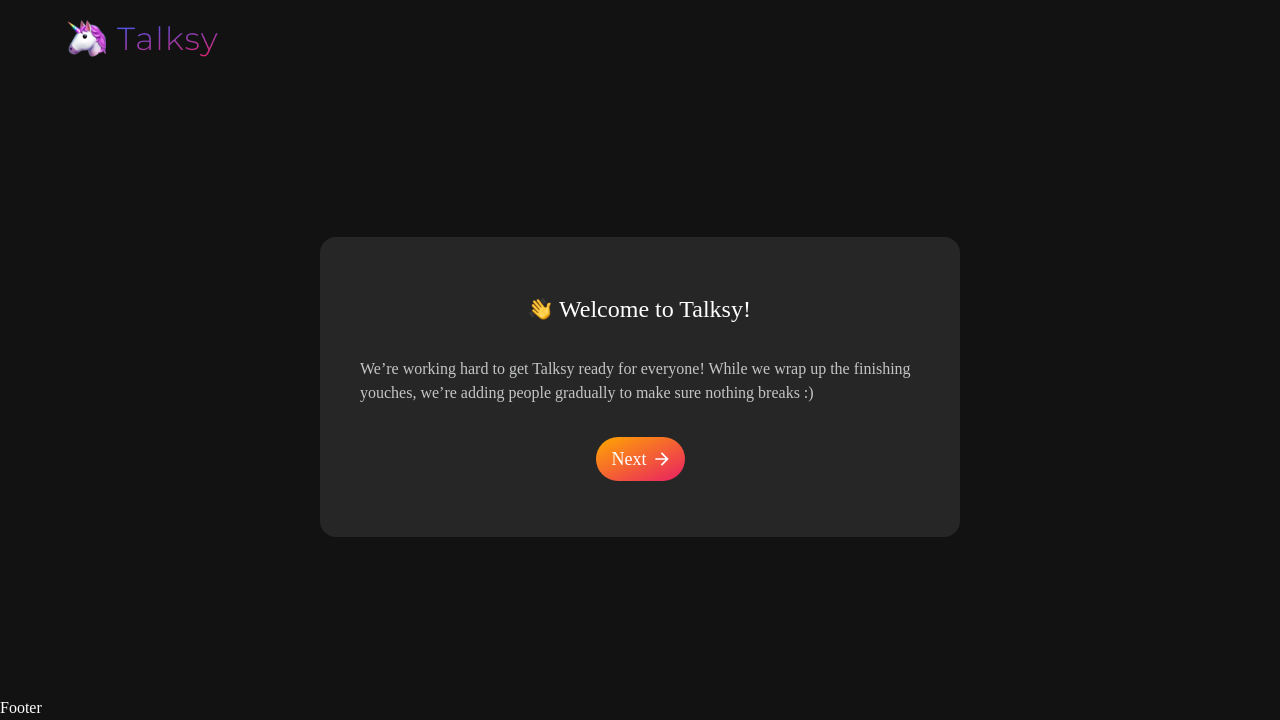
Repository: Krishna-bansall/Talksy
Page: / (app in Frontend/)
An editor plug-in stored every save of this project. The page is shown before and after the next save, followed by the edit.
The browser window is 1280 px wide. The pictures show the whole page.
The project was rebuilt for these pictures with package versions that can differ from the ones it lists, and the page was loaded fresh each time. The framework's server and built-in components were replaced by stand-ins that run in the browser. Also part of the build but not shown: Frontend/next.config.js.

Above is the page before, as saved 2022-05-19 15:45:58.

After the next save:
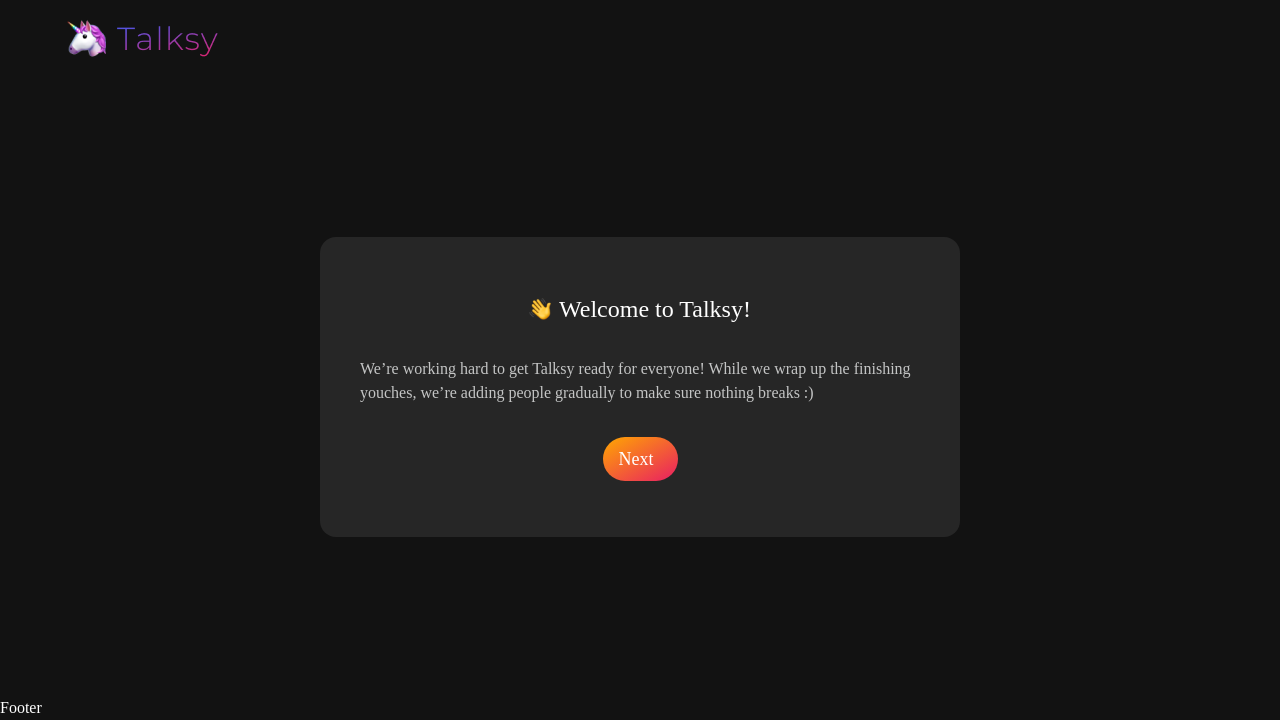
Saved 6 s later.
--- a/Frontend/pages/index.tsx
+++ b/Frontend/pages/index.tsx
@@ -20,7 +20,7 @@
         </p>
       </div>
       <div className="my-4 flex justify-center ">
-        <IconButton buttonText="Next" icon={arrow} route="/" />
+        <IconButton buttonText="Next" route="/" />
       </div>
     </Card>
   )

After the save that followed:
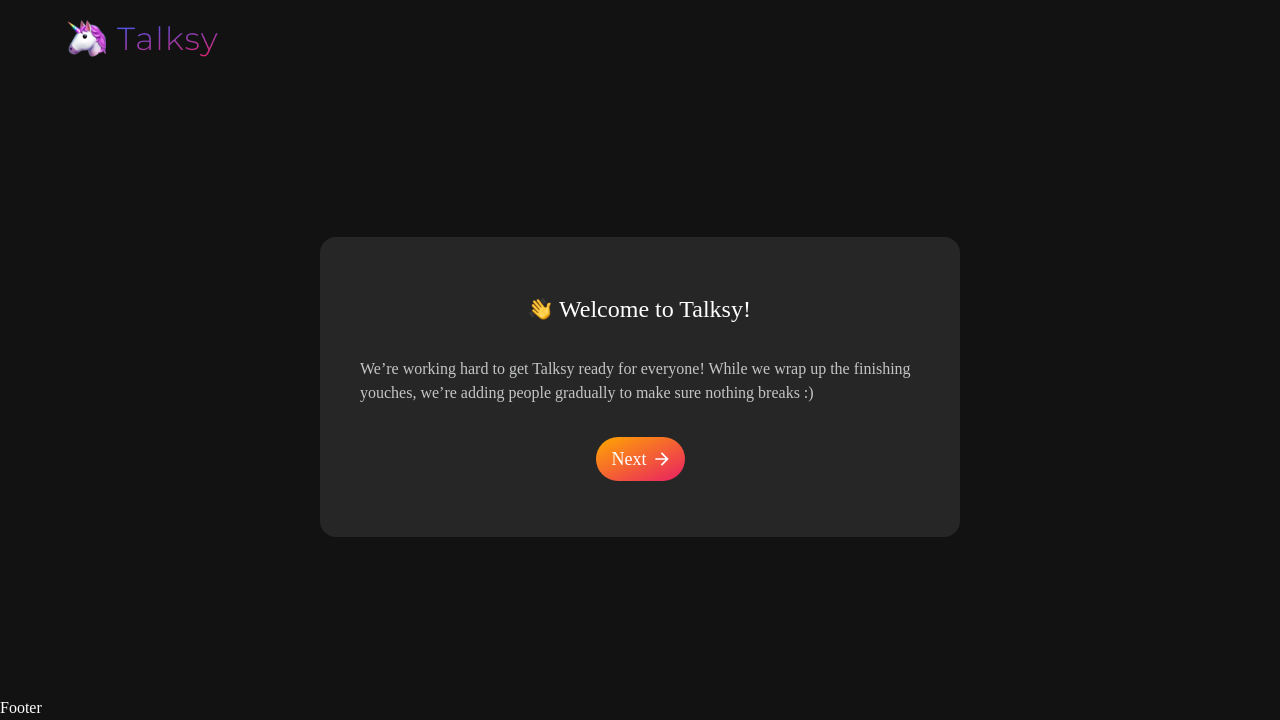
Saved 5 s later.
--- a/Frontend/pages/index.tsx
+++ b/Frontend/pages/index.tsx
@@ -20,7 +20,7 @@
         </p>
       </div>
       <div className="my-4 flex justify-center ">
-        <IconButton buttonText="Next" route="/" />
+        <IconButton buttonText="Next" icon={arrow} route="/" />
       </div>
     </Card>
   )
